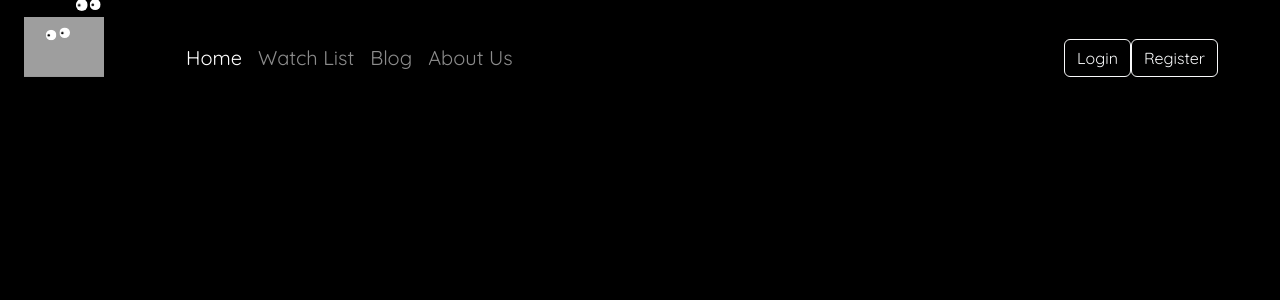
Repository: dangnguyenblackie/Movie-Review-Site
Page: / (app in movie-app/)
These files come from the project's save history. The page is drawn as it stood at one moment and after the next save; the edit follows.
The browser window is 1280 px wide. The pictures show the whole page.
Pictures or frames that could not be fetched are drawn as grey boxes. The page's requests for data from a server got no answer. The project was rebuilt for these pictures with package versions that can differ from the ones it lists, and the page was loaded fresh each time. No one was signed in, and anything a server would have sent is missing. Also part of the build but not shown: movie-app/vite.config.ts, movie-app/src/components/header/Header.css.

Above is the page before, as saved 2023-08-12 22:03:07.

After the next save:
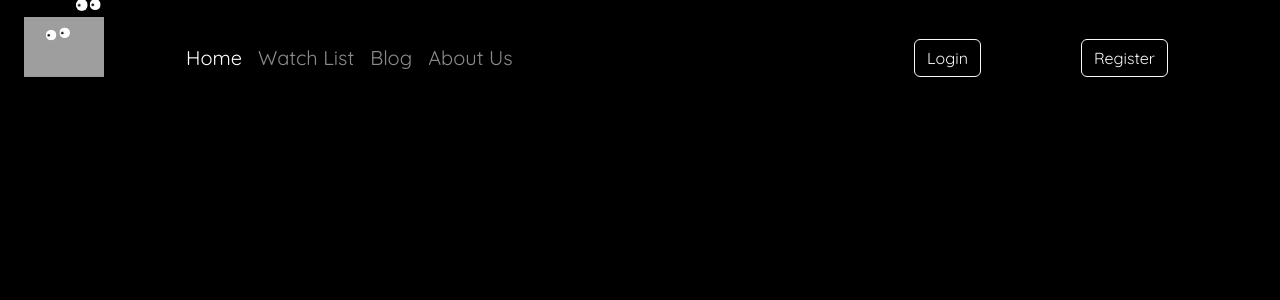
Saved 22 s later.
--- a/movie-app/src/components/header/Header.tsx
+++ b/movie-app/src/components/header/Header.tsx
@@ -35,10 +35,10 @@
             </NavLink>
           </Nav>
           <div className="auth-buttons" style={{margin: "0px 50px" }}>
-            <button type="button" className="btn btn-outline-light">
+            <button type="button" className="btn btn-outline-light" style={{margin: "0px 50px" }}>
               Login
             </button>
-            <button type="button" className="btn btn-outline-light">
+            <button type="button" className="btn btn-outline-light" style={{margin: "0px 50px" }}>
               Register
             </button>
           </div>
